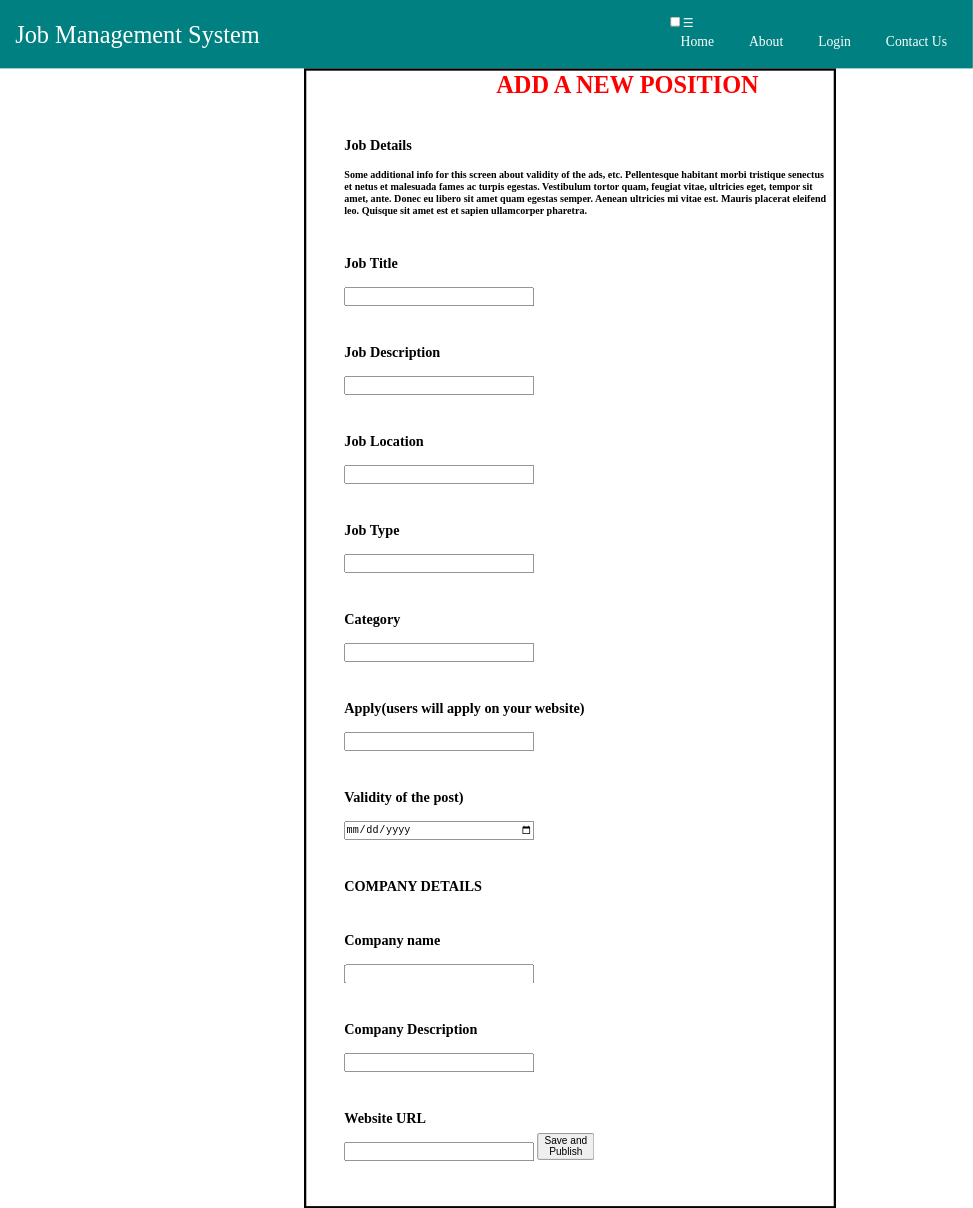
Repository: PrinceKumawat1109/JFSD
Page: http://localhost/Job-management/newposition.jsp
An editor plug-in stored every save of this project. The page is shown before and after the next save, followed by the edit.
The browser window is 1280 px wide. The pictures show the whole page, at 76% of full size.
The page is served by Tomcat 9. Other server files are loaded and not shown.

Above is the page before, as saved 2022-10-29 21:41:18.

### Job-management/src/main/webapp/newposition.jsp
<%@ page language="java" contentType="text/html; charset=UTF-8"
    pageEncoding="UTF-8"%>
<!DOCTYPE html>
<html>
<head>
<meta charset="UTF-8">
<title>New Position</title>
<jsp:include page="navbar2.jsp" />
<style>
.card{
height: 1500px;
width: 700px;
border-style: solid;
margin-left: 400px;
}

</style>
</head>
<body>
<div class="card">
<h1 style=" color: red; margin-left: 250px;">ADD A NEW POSITION</h1>
	<h3 style="margin-left: 50px; margin-top: 50px;">Job Details</h3>
	<h5 style="margin-left: 50px; margin-top: 20px;">Some additional info for this screen about validity of the ads, etc. Pellentesque habitant morbi tristique senectus et netus et malesuada fames ac turpis egestas. Vestibulum tortor quam, feugiat vitae, ultricies eget, tempor sit amet, ante. Donec eu libero sit amet quam egestas semper. Aenean ultricies mi vitae est. Mauris placerat eleifend leo. Quisque sit amet est et sapien ullamcorper pharetra.</h5>
	<h3 style="margin-left: 50px; margin-top: 50px;">Job Title</h3>
	<input style="margin-left: 50px; margin-top: 20px; height: 25px; width: 250px;" type="text" id="t1"/>


	<h3 style="margin-left: 50px; margin-top: 50px;">Job Description</h3>
	<input style="margin-left: 50px; margin-top: 20px; height: 25px; width: 250px;" type="text" id="t2"/>


	<h3 style="margin-left: 50px; margin-top: 50px;">Job Location</h3>
	<input style="margin-left: 50px; margin-top: 20px; height: 25px; width: 250px;" type="text" id="t3"/>
	<h3 style="margin-left: 50px; margin-top: 50px;">Job Type</h3>
	<input style="margin-left: 50px; margin-top: 20px; height: 25px; width: 250px;" type="text" id="t4"/>
	<h3 style="margin-left: 50px; margin-top: 50px;">Category</h3>
	<input style="margin-left: 50px; margin-top: 20px; height: 25px; width: 250px;" type="text" id="t5"/>
	<h3 style="margin-left: 50px; margin-top: 50px;">Apply(users will apply on your website)</h3>
	<input style="margin-left: 50px; margin-top: 20px; height: 25px; width: 250px;" type="text" id="t6"/>
	<h3 style="margin-left: 50px; margin-top: 50px;">Validity of the post)</h3>
	<input style="margin-left: 50px; margin-top: 20px; height: 25px; width: 250px;" type="date" id="t7"/>
	<h3 style="margin-left: 50px; margin-top: 50px;">COMPANY DETAILS</h3>
	<h3 style="margin-left: 50px; margin-top: 50px;">Company name</h3>
	<input style="margin-left: 50px; margin-top: 20px; height: 25px; width: 250px;" type="text" id="t8"/>
	<h3 style="margin-left: 50px; margin-top: 50px;">Company Description</h3>
	<input style="margin-left: 50px; margin-top: 20px; height: 25px; width: 250px;" type="text" id="t9"/>
	<h3 style="margin-left: 50px; margin-top: 50px;">Website URL</h3>
	<input style="margin-left: 50px; margin-top: 20px; height: 25px; width: 250px;" type="text" id="t10"/>
	<button style="height: 35px; width: 75px;" onclick="save1()">Save and Publish</button>
	</div>
	<!--<h2>ADD A NEW POSTION</h2>
	<h4>Job Details</h4>
	<p>Some additional info for this screen about validity of the ads, etc. Pellentesque habitant morbi tristique senectus et netus et malesuada fames ac turpis egestas. Vestibulum tortor quam, feugiat vitae, ultricies eget, tempor sit amet, ante. Donec eu libero sit amet quam egestas semper. Aenean ultricies mi vitae est. Mauris placerat eleifend leo. Quisque sit amet est et sapien ullamcorper pharetra.</p>
	<h5>Job Title</h5>
	<input type="text" id="t1"/>
	<h5>Job Description</h5>
	<input type="text" id="t2"/>
	<h5>Job Location</h5>
	<input type="text" id="t3"/>
	<h5>Job Type</h5>
	<input type="text" id="t4"/>
	<h5>Category</h5>
	<input type="text" id="t5"/>
	<h5>Apply(users will apply on your website)</h5>
	<input type="text" id="t6"/>
	<h5>Validity of the post</h5>
	<input type="date" id="t7"/>
	<h5>COMPANY DETAILS</h5>
	<h6>Company name</h6>
	<input type="text" id="t8"/>
	<h6>Company Description</h6>
	<input type="text" id="t9"/>
	<h6>Website</h6>
	<input type="text" id="t10"/>
	<input type="checkbox" id="t11">
	<p> I agree with the Terms and conditions.</p>-->
	<script type="text/javascript">
function save1()
{
	var xhtml = new XMLHttpRequest();
	var url = "http://localhost:8080/api/new/register/";
	xhtml.open("POST", url, true);
	xhtml.setRequestHeader('Content-Type','application/json');

	var t1 = document.getElementById("t1");
	var t2 = document.getElementById("t2");
	var t3 = document.getElementById("t3");
	var t4 = document.getElementById("t4");
	var t5 = document.getElementById("t5");
	var t6 = document.getElementById("t6");
	var t7 = document.getElementById("t7");
	var t8 = document.getElementById("t8");
	var t9 = document.getElementById("t9");
	var t10 = document.getElementById("t10");

	xhtml.send(JSON.stringify({
		jobtitle : t1.value,
		jobdes : t2.value,
		loc : t3.value,
		type : t4.value,
		category : t5.value,
		url : t6.value,
		date : t7.value,
		comname : t8.value,
		comdes : t9.value,
		website : t10.value
	}));

	xhtml.onreadystatechange = function()
	{
		if(this.readyState == 4 && this.status == 200)
			lbl.innerText = this.responseText;
			window.location="http://localhost:8080/dashboard.jsp";
	};
}
</script>
</body>
</html>

### Job-management/src/main/webapp/navbar2.jsp
<!DOCTYPE html>
<html lang="en">
 <head>
   <meta charset="UTF-8" />
   <meta http-equiv="X-UA-Compatible" content="IE=edge" />
   <meta name="viewport" content="width=device-width, initial-scale=1.0" />
   <style>

    /* UTILITIES */
* {
 margin: 0;
 padding: 0;
 box-sizing: border-box;
}
body {
 font-family: cursive;
}
a {
 text-decoration: none;
}
li {
 list-style: none;
}

/* NAVBAR STYLING STARTS */
.navbar {
 display: flex;
 align-items: center;
 justify-content: space-between;
 padding: 20px;
 background-color: teal;
 color: #fff;
}
.nav-links a {
 color: #fff;
}
/* LOGO */
.logo {
 font-size: 32px;
}
/* NAVBAR MENU */
.menu {
 display: flex;
 gap: 1em;
 font-size: 18px;
}
.menu li:hover {
 background-color: #4c9e9e;
 border-radius: 5px;
 transition: 0.3s ease;
}
.menu li {
 padding: 5px 14px;
}
/* DROPDOWN MENU */
.services {
 position: relative;
}
.dropdown {
 background-color: rgb(1, 139, 139);
 padding: 1em 0;
 position: absolute; /*WITH RESPECT TO PARENT*/
 display: none;
 border-radius: 8px;
 top: 35px;
}
.dropdown li + li {
 margin-top: 10px;
}
.dropdown li {
 padding: 0.5em 1em;
 width: 8em;
 text-align: center;
}
.dropdown li:hover {
 background-color: #4c9e9e;
}
.services:hover .dropdown {
 display: block;
}
   </style>
   <title>Document</title>
 </head>
 <body>
   <nav class="navbar">
     <!-- LOGO -->
     <div class="logo">Job Management System</div>
     <!-- NAVIGATION MENU -->
     <ul class="nav-links">
       <!-- USING CHECKBOX HACK -->
       <input type="checkbox" id="checkbox_toggle" />
       <label for="checkbox_toggle" class="hamburger">&#9776;</label>
       <!-- NAVIGATION MENUS -->
       <div class="menu">
         <li><a href="/">Home</a></li>
         <li><a href="/">About</a></li>
         <li class="services">
           <a href="/">Login</a>
           <!-- DROPDOWN MENU -->
           <ul class="dropdown">
             <li><a href="dashboard.jsp">DASHBOARD </a></li>
             <li><a href="applicants.jsp">APPLICANTS</a></li>
             <li><a href="newposition.jsp">POST A NEW JOB</a></li>
             <li><a href="https://rzp.io/i/k9xa2LhReQ">PAYMENT</a></li>
             <li><a href="index.jsp">LOGOUT</a></li>
           </ul>
         </li>
         <li><a href="/">Contact Us</a></li>
       </div>
     </ul>
   </nav>
 </body>
</html>

After the next save:
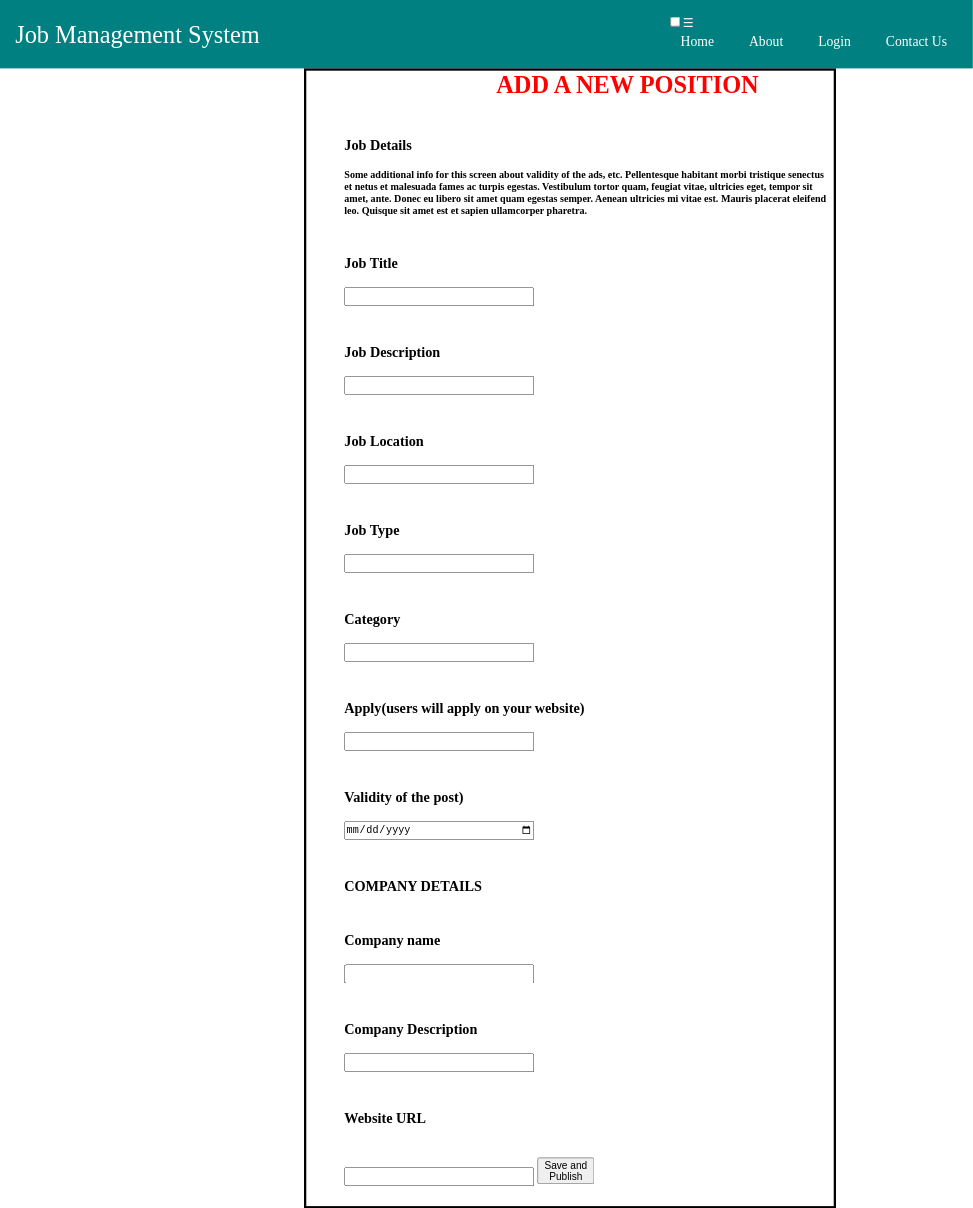
Saved 25 s later.
--- a/Job-management/src/main/webapp/newposition.jsp
+++ b/Job-management/src/main/webapp/newposition.jsp
@@ -46,7 +46,7 @@ margin-left: 400px;
 	<input style="margin-left: 50px; margin-top: 20px; height: 25px; width: 250px;" type="text" id="t9"/>
 	<h3 style="margin-left: 50px; margin-top: 50px;">Website URL</h3>
 	<input style="margin-left: 50px; margin-top: 20px; height: 25px; width: 250px;" type="text" id="t10"/>
-	<button style="height: 35px; width: 75px;" onclick="save1()">Save and Publish</button>
+	<button style="height: 35px; width: 75px; margin-top: 40px;" onclick="save1()">Save and Publish</button>
 	</div>
 	<!--<h2>ADD A NEW POSTION</h2>
 	<h4>Job Details</h4>
